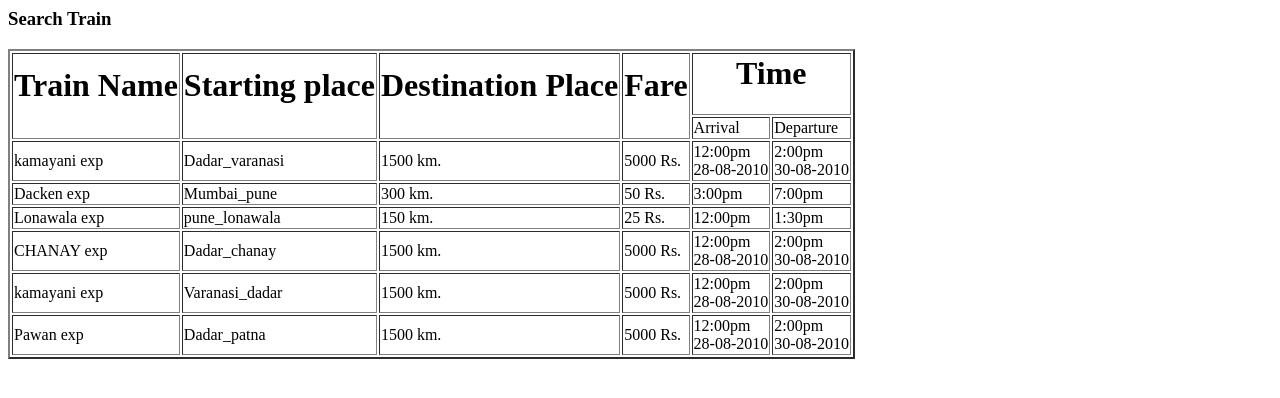
Repository: mdafsar15/TrainProject
Page: http://localhost/TrainBookingWorking/WEB-INF/views/SearchTrainPage.jsp
The author's editor kept a copy of each file at every save. The page is drawn from the files as they stood at one save, then again after the next save.
The browser window is 1280 px wide. The pictures show the whole page.
The page is served by Tomcat 9. Nobody is signed in. Other server files are loaded and not shown. The template is opened directly, without the code that normally fills it, so the values that code supplies are empty.

Above is the page before, as saved 2020-02-16 17:42:29.

### TrainBookingWorking/src/main/webapp/WEB-INF/views/SearchTrainPage.jsp
<html>
<body>


<h3>Search Train</h3>

<form action="searchTrain" method="post">



<table border=2>
   <tbody>
<tr>
<td rowspan=2><h1>Train Name</h1></td>
<td rowspan=2><h1>Starting place</h1></td>
<td rowspan=2><h1>Destination Place</h1></td>
<td rowspan=2><h1>Fare</h1></td>
<td colspan=2><h1><center>Time</center></h1></td>

</tr>
<tr>
<td>Arrival</td>
<td>Departure</td>

</tr>
<tr>
<td>kamayani exp</td>
<td>Dadar_varanasi</td>
<td>1500 km.</td>
<td>5000 Rs.</td>
<td>12:00pm<br>28-08-2010</td>
<td>2:00pm<br>30-08-2010</td>
</tr>
<tr>
<td>Dacken exp</td>
<td>Mumbai_pune</td>
<td>300 km.</td>
<td>50 Rs.</td>
<td>3:00pm</td>
<td>7:00pm</td>
</tr>
<tr>
<td>Lonawala exp</td>
<td>pune_lonawala</td>
<td>150 km.</td>
<td>25 Rs.</td>
<td>12:00pm</td>
<td>1:30pm</td>
</tr>
<tr>
<td>CHANAY exp</td>
<td>Dadar_chanay</td>
<td>1500 km.</td>
<td>5000 Rs.</td>
<td>12:00pm<br>28-08-2010</td>
<td>2:00pm<br>30-08-2010</td>
</tr>
<tr>
<td>kamayani exp</td>
<td>Varanasi_dadar</td>
<td>1500 km.</td>
<td>5000 Rs.</td>
<td>12:00pm<br>28-08-2010</td>
<td>2:00pm<br>30-08-2010</td>
</tr>
<tr>
<td>Pawan exp</td>
<td>Dadar_patna</td>
<td>1500 km.</td>
<td>5000 Rs.</td>
<td>12:00pm<br>28-08-2010</td>
<td>2:00pm<br>30-08-2010</td>
</tr>

  </tbody>

</table>
</form>
</body>
</html>

After the next save:
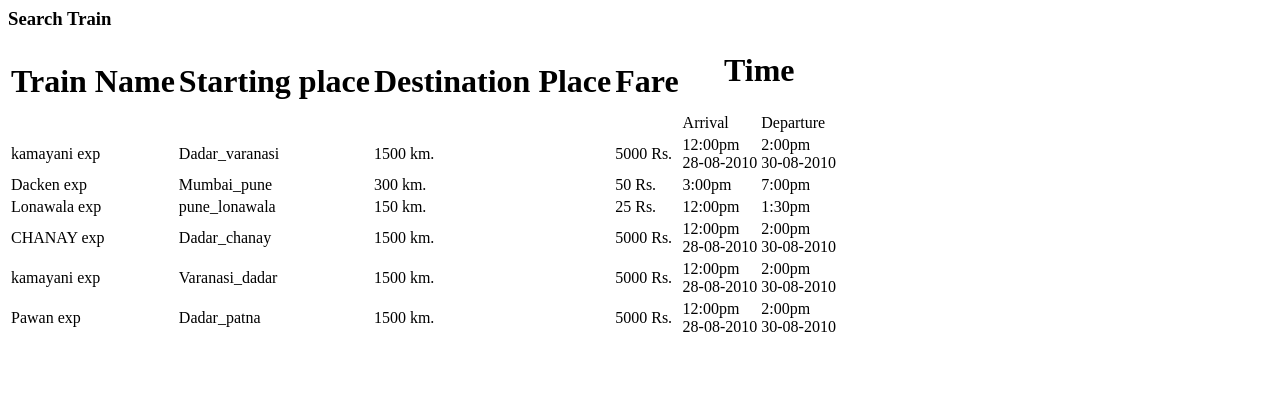
Saved 8 s later.
--- a/TrainBookingWorking/src/main/webapp/WEB-INF/views/SearchTrainPage.jsp
+++ b/TrainBookingWorking/src/main/webapp/WEB-INF/views/SearchTrainPage.jsp
@@ -8,7 +8,7 @@
 
 
 
-<table border=2>
+<table>
    <tbody>
 <tr>
 <td rowspan=2><h1>Train Name</h1></td>
